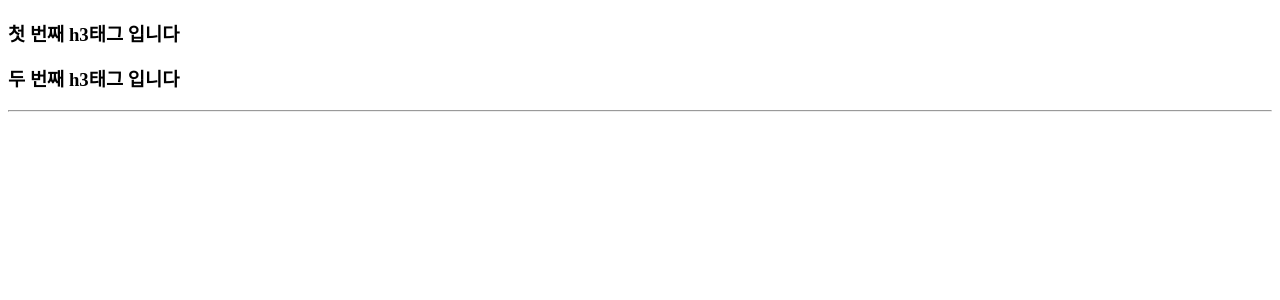
Repository: HyoJun00/Vue_JS
Page: Component/src/main/webapp/index.html
These files come from the project's save history. The page is drawn as it stood at one moment and after the next save; the edit follows.
The browser window is 1280 px wide. The pictures show the whole page.

Above is the page before, as saved 2025-07-15 05:38:58.

After the next save:
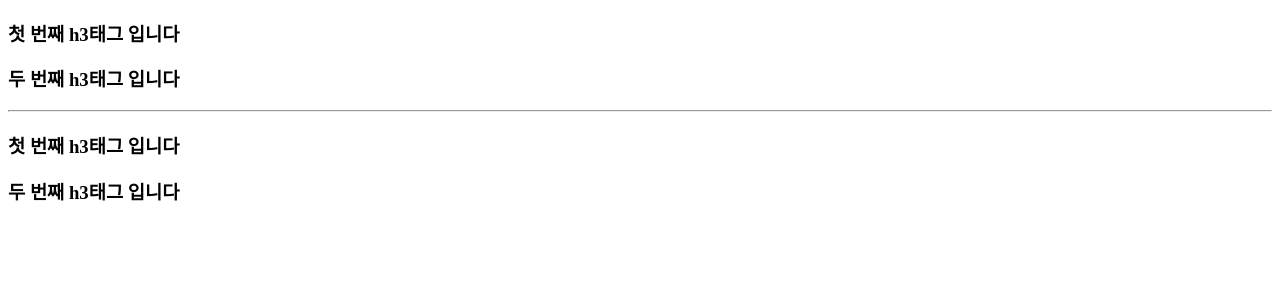
Saved 8 s later.
--- a/Component/src/main/webapp/index.html
+++ b/Component/src/main/webapp/index.html
@@ -29,7 +29,7 @@
 	</div>
 	<hr/>
 	<div id="test2">
-
+		<component1></component1>
 	</div>
 </body>
 </html>
